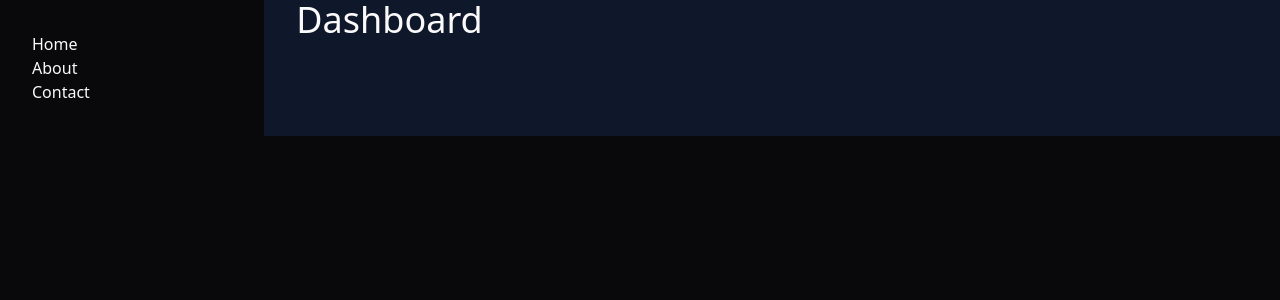
Repository: svoglimacci/recipe-app-tmp
Page: /app
These files come from the project's save history. The page is drawn as it stood at one moment and after the next save; the edit follows.
The browser window is 1280 px wide. The pictures show the whole page.
The project was rebuilt for these pictures with package versions that can differ from the ones it lists, and the page was loaded fresh each time. Also part of the build but not shown: vite.config.ts, src/components/Recipe.tsx, src/components/RecipeList.tsx, src/components/RecipeCard.tsx, src/views/Login.tsx, src/views/Landing.tsx, src/views/Home.tsx.

Above is the page before, as saved 2024-01-30 13:54:35.

### src/App.tsx
import { ThemeProvider } from "@/components/ui/theme-provider"
import { RouterProvider } from "react-router-dom"
import { router } from "@/router"

function App() {
  return (
    <ThemeProvider defaultTheme="dark" storageKey="vite-ui-theme">
    <RouterProvider router={router}/>
  </ThemeProvider>
  )
}

export default App

### src/components/ui/theme-provider.tsx
import { createContext, useContext, useEffect, useState } from "react"

type Theme = "dark" | "light" | "system"

type ThemeProviderProps = {
  children: React.ReactNode
  defaultTheme?: Theme
  storageKey?: string
}

type ThemeProviderState = {
  theme: Theme
  setTheme: (theme: Theme) => void
}

const initialState: ThemeProviderState = {
  theme: "system",
  setTheme: () => null,
}

const ThemeProviderContext = createContext<ThemeProviderState>(initialState)

export function ThemeProvider({
  children,
  defaultTheme = "system",
  storageKey = "vite-ui-theme",
  ...props
}: ThemeProviderProps) {
  const [theme, setTheme] = useState<Theme>(
    () => (localStorage.getItem(storageKey) as Theme) || defaultTheme
  )

  useEffect(() => {
    const root = window.document.documentElement

    root.classList.remove("light", "dark")

    if (theme === "system") {
      const systemTheme = window.matchMedia("(prefers-color-scheme: dark)")
        .matches
        ? "dark"
        : "light"

      root.classList.add(systemTheme)
      return
    }

    root.classList.add(theme)
  }, [theme])

  const value = {
    theme,
    setTheme: (theme: Theme) => {
      localStorage.setItem(storageKey, theme)
      setTheme(theme)
    },
  }

  return (
    <ThemeProviderContext.Provider {...props} value={value}>
      {children}
    </ThemeProviderContext.Provider>
  )
}

export const useTheme = () => {
  const context = useContext(ThemeProviderContext)

  if (context === undefined)
    throw new Error("useTheme must be used within a ThemeProvider")

  return context
}

### src/router/index.tsx
import { createBrowserRouter } from "react-router-dom";
import { Home, Login, Landing, Dashboard } from "@/views";
import { Recipe, RecipeList } from "@/components";

const router = createBrowserRouter([
  {
    path: "/",
    element: <Landing />,
  },
  {
    path: "/login",
    element: <Login />,
  },
  {
   path: "/app",
    element: <Dashboard />,
    children: [
      {
        path: "",
        element: <Home />,
      },
      {
        path: "recipes",
        element: <RecipeList />,
      },
      {
        path: "recipes/:id",
        element: <Recipe />,
      }
    ],
  }
])

export { router }

### src/views/index.tsx
import { Dashboard } from "./Dashboard";
import { Login } from "./Login";
import { Landing } from "./Landing";
import { Home } from "./Home";

export { Dashboard, Login, Landing, Home };

### src/components/index.tsx
import { Recipe } from "./Recipe";
import { RecipeList } from "./RecipeList";
import { RecipeCard } from "./RecipeCard";
import { DashboardHeader } from "./DashboardHeader";
import { MobileNav } from "./BurgerMenu";

export {
  Recipe,
  RecipeList,
  RecipeCard,
  DashboardHeader,
  MobileNav
}

### src/views/Dashboard.tsx
import { DashboardHeader } from '@/components';
import { Nav } from '@/components/Nav';


function Dashboard() {
  return (
    <>
      <DashboardHeader />
      <div className="flex flex-row relative p-0 ">
      <Nav />
      <main className="container bg-slate-900">
        <h1 className="text-4xl text-primary">Dashboard</h1>
      </main>
      </div>
    </>
  )
}

export { Dashboard };

### src/components/DashboardHeader.tsx
import { ModeToggle } from "./ui/mode-toggle";
import { MobileNav } from "./BurgerMenu";

function DashboardHeader() {
  return(

  <header className="flex sticky top-0 z-50 md:hidden bg-slate900 justify-between">
    <MobileNav />
    <ModeToggle />
  </header>
  )
}

export { DashboardHeader  };

### src/components/BurgerMenu.tsx
import { Menu } from "lucide-react";
import { Sheet, SheetContent, SheetHeader, SheetTrigger } from "./ui/sheet";

import { Button } from "./ui/button";

function MobileNav() {
  return (
    <nav className="md:hidden">
    <Sheet>
  <SheetTrigger asChild><Button variant="ghost" size="icon"><Menu/></Button></SheetTrigger>
  <SheetContent side="left">
    <SheetHeader>

    </SheetHeader>
  </SheetContent>
</Sheet>
</nav>

  )
}

export { MobileNav  };

### src/components/Nav.tsx

function Nav() {
  return (
  <nav className="flex flex-row w-80 p-8">
  <ul className="flex flex-col justify-between">
    <li className="text-primary">Home</li>
    <li className="text-primary">About</li>
    <li className="text-primary">Contact</li>
  </ul>
</nav>

  )
}

export { Nav  };

### src/components/ui/mode-toggle.tsx
import { Moon, Sun } from "lucide-react"

import { Button } from "@/components/ui/button"
import { useTheme } from "@/components/ui/theme-provider"

export function ModeToggle() {
  const { theme, setTheme } = useTheme()

  return (
    <Button
      aria-label="Toggle theme"
      onClick={() => setTheme(theme === "dark" ? "light" : "dark")}
      variant="ghost"
      size="icon"
    >
      <Sun className="h-[1.2rem] w-[1.2rem] rotate-0 scale-100 transition-all dark:-rotate-90 dark:scale-0" />
      <Moon className="absolute h-[1.2rem] w-[1.2rem] rotate-90 scale-0 transition-all dark:rotate-0 dark:scale-100" />
    </Button>
  )
}

### src/components/ui/sheet.tsx
import * as React from "react"
import * as SheetPrimitive from "@radix-ui/react-dialog"
import { cva, type VariantProps } from "class-variance-authority"
import { X } from "lucide-react"

import { cn } from "@/lib/utils"
import { Button } from "./button"

const Sheet = SheetPrimitive.Root

const SheetTrigger = SheetPrimitive.Trigger

const SheetClose = SheetPrimitive.Close

const SheetPortal = SheetPrimitive.Portal

const SheetOverlay = React.forwardRef<
  React.ElementRef<typeof SheetPrimitive.Overlay>,
  React.ComponentPropsWithoutRef<typeof SheetPrimitive.Overlay>
>(({ className, ...props }, ref) => (
  <SheetPrimitive.Overlay
    className={cn(
      "fixed inset-0 z-50 bg-black/80  data-[state=open]:animate-in data-[state=closed]:animate-out data-[state=closed]:fade-out-0 data-[state=open]:fade-in-0",
      className
    )}
    {...props}
    ref={ref}
  />
))
SheetOverlay.displayName = SheetPrimitive.Overlay.displayName

const sheetVariants = cva(
  "fixed z-50 gap-4 bg-background p-6 shadow-lg transition ease-in-out data-[state=open]:animate-in data-[state=closed]:animate-out data-[state=closed]:duration-300 data-[state=open]:duration-500",
  {
    variants: {
      side: {
        top: "inset-x-0 top-0 border-b data-[state=closed]:slide-out-to-top data-[state=open]:slide-in-from-top",
        bottom:
          "inset-x-0 bottom-0 border-t data-[state=closed]:slide-out-to-bottom data-[state=open]:slide-in-from-bottom",
        left: "inset-y-0 left-0 h-full w-3/4 border-r data-[state=closed]:slide-out-to-left data-[state=open]:slide-in-from-left sm:max-w-sm",
        right:
          "inset-y-0 right-0 h-full w-3/4  border-l data-[state=closed]:slide-out-to-right data-[state=open]:slide-in-from-right sm:max-w-sm",
      },
    },
    defaultVariants: {
      side: "right",
    },
  }
)

interface SheetContentProps
  extends React.ComponentPropsWithoutRef<typeof SheetPrimitive.Content>,
    VariantProps<typeof sheetVariants> {}

const SheetContent = React.forwardRef<
  React.ElementRef<typeof SheetPrimitive.Content>,
  SheetContentProps
>(({ side = "right", className, children, ...props }, ref) => (
  <SheetPortal>
    <SheetOverlay />
    <SheetPrimitive.Content
      ref={ref}
      className={cn(sheetVariants({ side }), className)}
      {...props}
    >
      {children}
      <SheetPrimitive.Close className="absolute right-4 top-4 rounded-sm opacity-70 ring-offset-background transition-opacity hover:opacity-100 focus:outline-none focus:ring-2 focus:ring-ring focus:ring-offset-2 disabled:pointer-events-none data-[state=open]:bg-secondary">
        <Button variant="ghost" size="icon">
        <X/>
        </Button>
        <span className="sr-only">Close</span>
      </SheetPrimitive.Close>
    </SheetPrimitive.Content>
  </SheetPortal>
))
SheetContent.displayName = SheetPrimitive.Content.displayName

const SheetHeader = ({
  className,
  ...props
}: React.HTMLAttributes<HTMLDivElement>) => (
  <div
    className={cn(
      "flex flex-col space-y-2 text-center sm:text-left",
      className
    )}
    {...props}
  />
)
SheetHeader.displayName = "SheetHeader"

const SheetFooter = ({
  className,
  ...props
}: React.HTMLAttributes<HTMLDivElement>) => (
  <div
    className={cn(
      "flex flex-col-reverse sm:flex-row sm:justify-end sm:space-x-2",
      className
    )}
    {...props}
  />
)
SheetFooter.displayName = "SheetFooter"

const SheetTitle = React.forwardRef<
  React.ElementRef<typeof SheetPrimitive.Title>,
  React.ComponentPropsWithoutRef<typeof SheetPrimitive.Title>
>(({ className, ...props }, ref) => (
  <SheetPrimitive.Title
    ref={ref}
    className={cn("text-lg font-semibold text-foreground", className)}
    {...props}
  />
))
SheetTitle.displayName = SheetPrimitive.Title.displayName

const SheetDescription = React.forwardRef<
  React.ElementRef<typeof SheetPrimitive.Description>,
  React.ComponentPropsWithoutRef<typeof SheetPrimitive.Description>
>(({ className, ...props }, ref) => (
  <SheetPrimitive.Description
    ref={ref}
    className={cn("text-sm text-muted-foreground", className)}
    {...props}
  />
))
SheetDescription.displayName = SheetPrimitive.Description.displayName

export {
  Sheet,
  SheetPortal,
  SheetOverlay,
  SheetTrigger,
  SheetClose,
  SheetContent,
  SheetHeader,
  SheetFooter,
  SheetTitle,
  SheetDescription,
}

### src/components/ui/button.tsx
import * as React from "react"
import { Slot } from "@radix-ui/react-slot"
import { cva, type VariantProps } from "class-variance-authority"

import { cn } from "@/lib/utils"

const buttonVariants = cva(
  "inline-flex items-center justify-center whitespace-nowrap rounded-md text-sm font-medium ring-offset-background transition-colors focus-visible:outline-none focus-visible:ring-2 focus-visible:ring-ring focus-visible:ring-offset-2 disabled:pointer-events-none disabled:opacity-50",
  {
    variants: {
      variant: {
        default: "bg-primary text-primary-foreground hover:bg-primary/90",
        destructive:
          "bg-destructive text-destructive-foreground hover:bg-destructive/90",
        outline:
          "border border-input bg-background hover:bg-accent hover:text-accent-foreground",
        secondary:
          "bg-secondary text-secondary-foreground hover:bg-secondary/80",
        ghost: "hover:bg-accent hover:text-accent-foreground",
        link: "text-primary underline-offset-4 hover:underline",
      },
      size: {
        default: "h-10 px-4 py-2",
        sm: "h-9 rounded-md px-3",
        lg: "h-11 rounded-md px-8",
        icon: "h-10 w-10",
      },
    },
    defaultVariants: {
      variant: "default",
      size: "default",
    },
  }
)

export interface ButtonProps
  extends React.ButtonHTMLAttributes<HTMLButtonElement>,
    VariantProps<typeof buttonVariants> {
  asChild?: boolean
}

const Button = React.forwardRef<HTMLButtonElement, ButtonProps>(
  ({ className, variant, size, asChild = false, ...props }, ref) => {
    const Comp = asChild ? Slot : "button"
    return (
      <Comp
        className={cn(buttonVariants({ variant, size, className }))}
        ref={ref}
        {...props}
      />
    )
  }
)
Button.displayName = "Button"

export { Button, buttonVariants }

Loaded but not shown: index.html (common file); src/main.tsx (common file); src/index.css (common file); src/lib/utils.ts (common file); tailwind.config.js (common file)

After the next save:
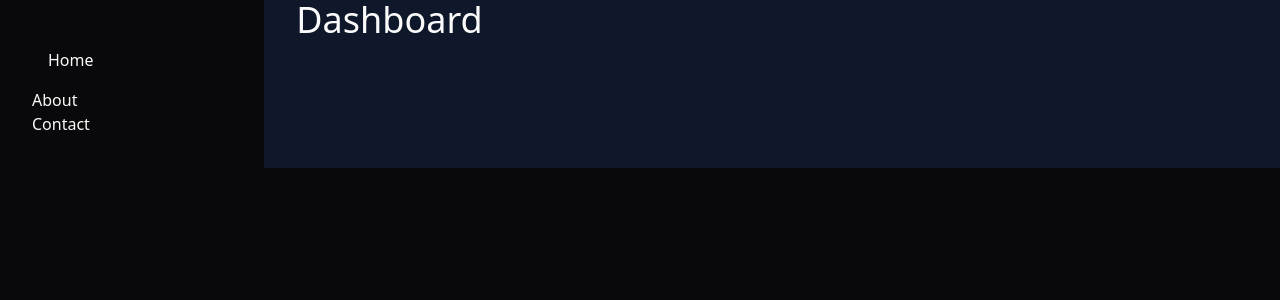
Saved 9 s later.
--- a/src/components/Nav.tsx
+++ b/src/components/Nav.tsx
@@ -3,7 +3,7 @@ function Nav() {
   return (
   <nav className="flex flex-row w-80 p-8">
   <ul className="flex flex-col justify-between">
-    <li className="text-primary">Home</li>
+    <li className="text-primary p-4">Home</li>
     <li className="text-primary">About</li>
     <li className="text-primary">Contact</li>
   </ul>
